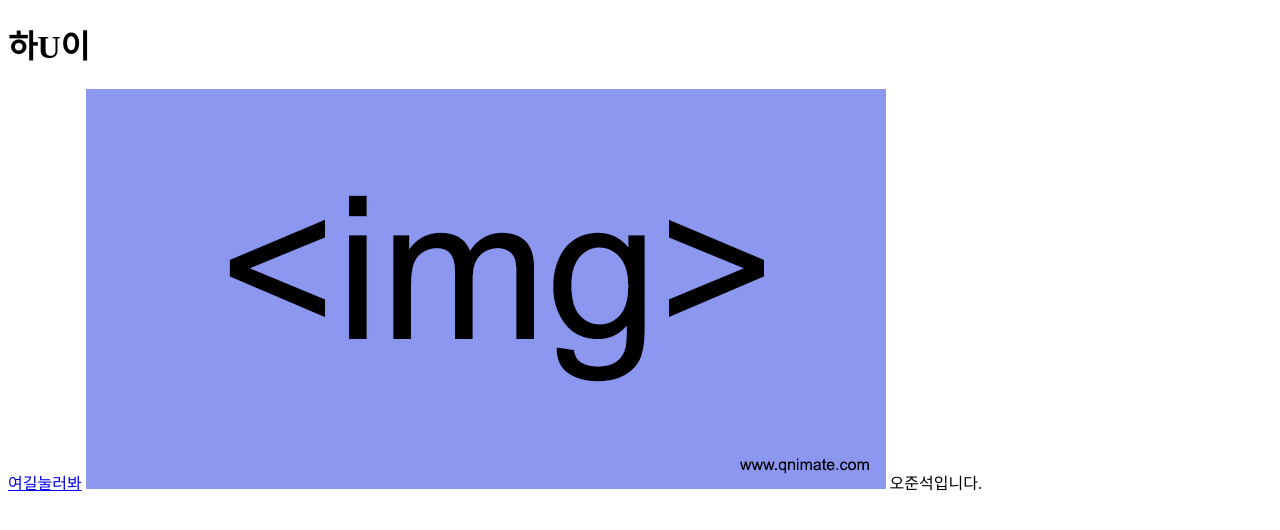
Repository: junshock5/RubyTest
Page: index.html
The author's editor kept a record of every edit. The page is drawn from the files as they stood at one moment, then again after the next edit.
The browser window is 1280 px wide. The pictures show the whole page.

Above is the page before.

### index.html
<!DOCTYPE html>
<html lang="ko">
    <head>
        <meta charset="UTF-8"/>
        <h1>하U이</h1>
    </head>
    <body>
        <title>
            안녕하세요.
        </title>

        <a href="https://m.blog.naver.com/PostView.nhn?blogId=pacificduck&logNo=220615499732&proxyReferer=https%3A%2F%2Fwww.google.com%2F">여길눌러봐</a>
        <img src="images2.jpg">
        오준석입니다.
    </body>
</html>

### css/style.css
h1 {
    color: red;
}

.SDf {
    color:blue;
    font-family: 'Lacquer' ;
}

#profile{
    width: 100px;
    height: 100px;
}

After the next edit:
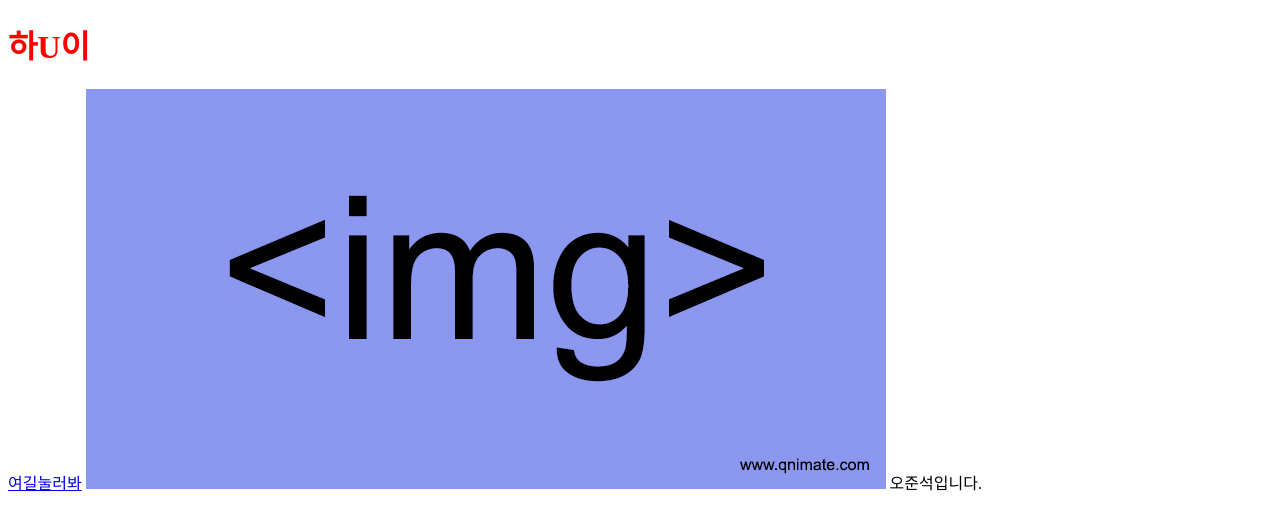
The edit:
--- a/index.html
+++ b/index.html
@@ -3,6 +3,7 @@
     <head>
         <meta charset="UTF-8"/>
         <h1>하U이</h1>
+        <link rel="stylesheet" href="./css/style.css" type="text/css" />
     </head>
     <body>
         <title>
